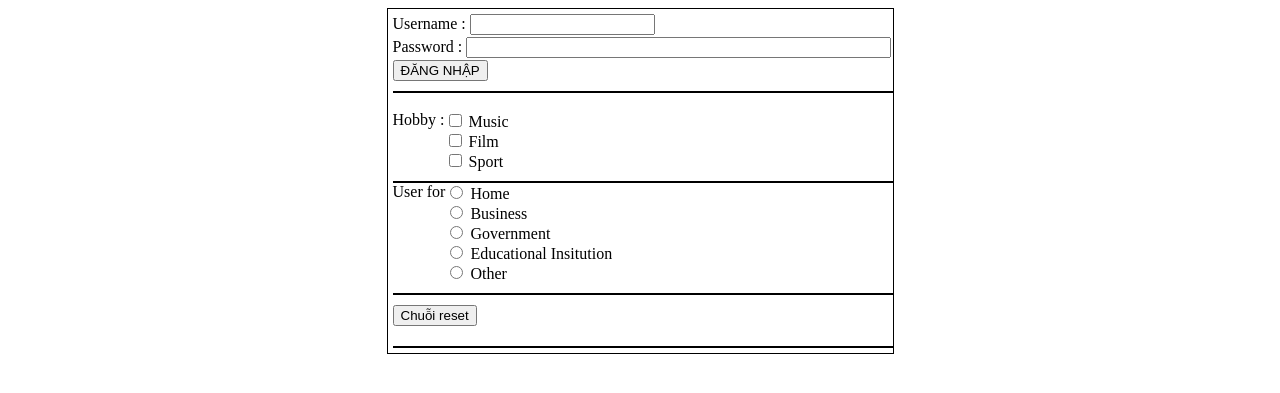
Repository: Tan-Khang21/TH_TKW--Buoi_04
Page: Bai_Tap_Mau/Bai_02/Bai_02.html
The author's editor kept a copy of each file at every save. The page is drawn from the files as they stood at one save, then again after the next save.
The browser window is 1280 px wide. The pictures show the whole page.

Above is the page before, as saved 2024-03-05 22:43:01.

After the next save:
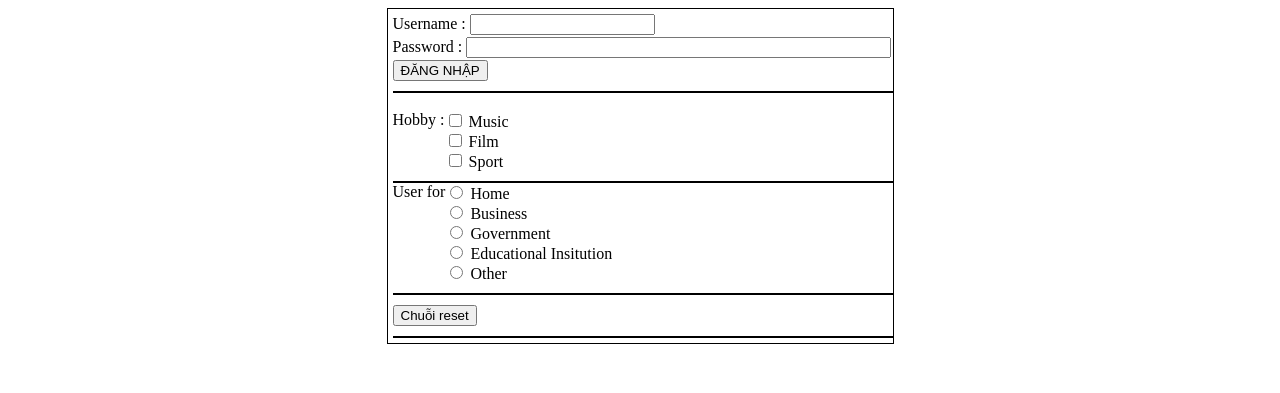
Saved 13 s later.
--- a/Bai_Tap_Mau/Bai_02/Bai_02.html
+++ b/Bai_Tap_Mau/Bai_02/Bai_02.html
@@ -55,7 +55,7 @@
       <div
         style="border-bottom: 2px solid black; width: 100%; margin-top: 10px"
       ></div>
-      <input type="reset" value="Chuỗi reset" style="margin-top: 10px; margin-bottom: 10px;">
+      <input type="reset" value="Chuỗi reset" style="margin-top: 10px;">
       <div
         style="border-bottom: 2px solid black; width: 100%; margin-top: 10px"
       ></div>
